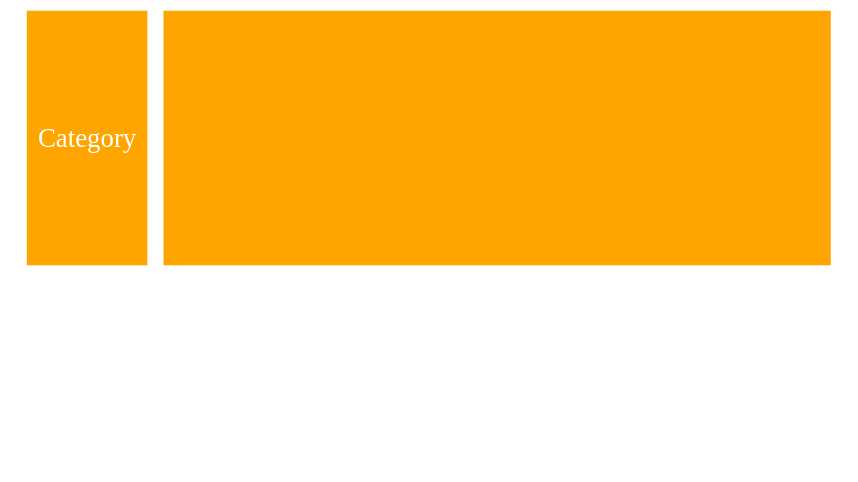
Repository: Huy48552/Grid-base
Page: layout2.html
An editor plug-in stored every save of this project. The page is shown before and after the next save, followed by the edit.
The browser window is 1280 px wide. The pictures show the whole page, at 67% of full size.

Above is the page before, as saved 2021-08-23 15:11:25.

### layout2.html
<!DOCTYPE html>
<html lang="en">
<head>
    <meta charset="UTF-8">
    <meta http-equiv="X-UA-Compatible" content="IE=edge">
    <meta name="viewport" content="width=device-width, initial-scale=1.0">
    <link rel="stylesheet" href="./base.css">
    <link rel="stylesheet" href="style.css">
    <title>Document</title>
</head>
<body>
    <div class="grid wide">
        <div class="row">
            <div class="col l-2">
                <div class="item">Category</div>
            </div>

            <div class="col l-10">
                <div class="item">
                    <!-- <div class="col l-2-4">
                        <div class="item">Item1</div>
                        <div class="item">Item2</div>
                        <div class="item">Item3</div>
                        <div class="item">Item4</div>
                        <div class="item">Item5</div>
                    </div> -->
                </div>
            </div>
        </div>
    </div>
</body>
</html>

### base.css
.grid {
    width: 100%;
    display: block;
    padding: 0;
}

.grid.wide {
    max-width: 1200px;
    margin: 0 auto;
}

.row {
    display: flex;
    flex-wrap: wrap;
    margin-left: -4px;
    margin-right: -4px;
}

.row.no-gutters {
    margin-left: 0;
    margin-right: 0;
}

.col {
    padding-left: 4px;
    padding-right: 4px;
}

.row.no-gutters .col {
    padding-left: 0;
    padding-right: 0;
}

.c-0 {
    display: none;
}

.c-1 {
    flex: 0 0 8.33333%;
    max-width: 8.33333%;
}

.c-2 {
    flex: 0 0 16.66667%;
    max-width: 16.66667%;
}

.c-3 {
    flex: 0 0 25%;
    max-width: 25%;
}

.c-4 {
    flex: 0 0 33.33333%;
    max-width: 33.33333%;
}

.c-5 {
    flex: 0 0 41.66667%;
    max-width: 41.66667%;
}

.c-6 {
    flex: 0 0 50%;
    max-width: 50%;
}

.c-7 {
    flex: 0 0 58.33333%;
    max-width: 58.33333%;
}

.c-8 {
    flex: 0 0 66.66667%;
    max-width: 66.66667%;
}

.c-9 {
    flex: 0 0 75%;
    max-width: 75%;
}

.c-10 {
    flex: 0 0 83.33333%;
    max-width: 83.33333%;
}

.c-11 {
    flex: 0 0 91.66667%;
    max-width: 91.66667%;
}

.c-12 {
    flex: 0 0 100%;
    max-width: 100%;
}

.c-o-1 {
    margin-left: 8.33333%;
}

.c-o-2 {
    margin-left: 16.66667%;
}

.c-o-3 {
    margin-left: 25%;
}

.c-o-4 {
    margin-left: 33.33333%;
}

.c-o-5 {
    margin-left: 41.66667%;
}

.c-o-6 {
    margin-left: 50%;
}

.c-o-7 {
    margin-left: 58.33333%;
}

.c-o-8 {
    margin-left: 66.66667%;
}

.c-o-9 {
    margin-left: 75%;
}

.c-o-10 {
    margin-left: 83.33333%;
}

.c-o-11 {
    margin-left: 91.66667%;
}

/* >= Tablet */
@media (min-width: 740px) {
    .row {
        margin-left: -8px;
        margin-right: -8px;
    }

    .col {
        padding-left: 8px;
        padding-right: 8px;
    }

    .m-0 {
        display: none;
    }

    .m-1,
    .m-2,
    .m-3,
    .m-4,
    .m-5,
    .m-6,
    .m-7,
    .m-8,
    .m-9,
    .m-10,
    .m-11,
    .m-12 {
        display: block;
    }

    .m-1 {
        flex: 0 0 8.33333%;
        max-width: 8.33333%;
    }

    .m-2 {
        flex: 0 0 16.66667%;
        max-width: 16.66667%;
    }

    .m-3 {
        flex: 0 0 25%;
        max-width: 25%;
    }

    .m-4 {
        flex: 0 0 33.33333%;
        max-width: 33.33333%;
    }

    .m-5 {
        flex: 0 0 41.66667%;
        max-width: 41.66667%;
    }

    .m-6 {
        flex: 0 0 50%;
        max-width: 50%;
    }

    .m-7 {
        flex: 0 0 58.33333%;
        max-width: 58.33333%;
    }

    .m-8 {
        flex: 0 0 66.66667%;
        max-width: 66.66667%;
    }

    .m-9 {
        flex: 0 0 75%;
        max-width: 75%;
    }

    .m-10 {
        flex: 0 0 83.33333%;
        max-width: 83.33333%;
    }

    .m-11 {
        flex: 0 0 91.66667%;
        max-width: 91.66667%;
    }

    .m-12 {
        flex: 0 0 100%;
        max-width: 100%;
    }

    .m-o-1 {
        margin-left: 8.33333%;
    }

    .m-o-2 {
        margin-left: 16.66667%;
    }

    .m-o-3 {
        margin-left: 25%;
    }

    .m-o-4 {
        margin-left: 33.33333%;
    }

    .m-o-5 {
        margin-left: 41.66667%;
    }

    .m-o-6 {
        margin-left: 50%;
    }

    .m-o-7 {
        margin-left: 58.33333%;
    }

    .m-o-8 {
        margin-left: 66.66667%;
    }

    .m-o-9 {
        margin-left: 75%;
    }

    .m-o-10 {
        margin-left: 83.33333%;
    }

    .m-o-11 {
        margin-left: 91.66667%;
    }
}

/* PC medium resolution > */
@media (min-width: 1113px) {
    .row {
        margin-left: -12px;
        margin-right: -12px;
    }

    .row.sm-gutter {
        margin-left: -5px;
        margin-right: -5px;
    }

    .col {
        padding-left: 12px;
        padding-right: 12px;
    }

    .row.sm-gutter .col {
        padding-left: 5px;
        padding-right: 5px;
    }

    .l-0 {
        display: none;
    }

    .l-1,
    .l-2,
    .l-2-4,
    .l-3,
    .l-4,
    .l-5,
    .l-6,
    .l-7,
    .l-8,
    .l-9,
    .l-10,
    .l-11,
    .l-12 {
        display: block;
    }

    .l-1 {
        flex: 0 0 8.33333%;
        max-width: 8.33333%;
    }

    .l-2 {
        flex: 0 0 16.66667%;
        max-width: 16.66667%;
    }

    .l-2-4 {
        flex: 0 0 20%;
        max-width: 20%;
    }

    .l-3 {
        flex: 0 0 25%;
        max-width: 25%;
    }

    .l-4 {
        flex: 0 0 33.33333%;
        max-width: 33.33333%;
    }

    .l-5 {
        flex: 0 0 41.66667%;
        max-width: 41.66667%;
    }

    .l-6 {
        flex: 0 0 50%;
        max-width: 50%;
    }

    .l-7 {
        flex: 0 0 58.33333%;
        max-width: 58.33333%;
    }

    .l-8 {
        flex: 0 0 66.66667%;
        max-width: 66.66667%;
    }

    .l-9 {
        flex: 0 0 75%;
        max-width: 75%;
    }

    .l-10 {
        flex: 0 0 83.33333%;
        max-width: 83.33333%;
    }

    .l-11 {
        flex: 0 0 91.66667%;
        max-width: 91.66667%;
    }

    .l-12 {
        flex: 0 0 100%;
        max-width: 100%;
    }

    .l-o-1 {
        margin-left: 8.33333%;
    }

    .l-o-2 {
        margin-left: 16.66667%;
    }

    .l-o-3 {
        margin-left: 25%;
    }

    .l-o-4 {
        margin-left: 33.33333%;
    }

    .l-o-5 {
        margin-left: 41.66667%;
    }

    .l-o-6 {
        margin-left: 50%;
    }

    .l-o-7 {
        margin-left: 58.33333%;
    }

    .l-o-8 {
        margin-left: 66.66667%;
    }

    .l-o-9 {
        margin-left: 75%;
    }

    .l-o-10 {
        margin-left: 83.33333%;
    }

    .l-o-11 {
        margin-left: 91.66667%;
    }
}

/* Tablet - PC low resolution */
@media (min-width: 740px) and (max-width: 1023px) {
    .wide {
        width: 644px;
    }
}

/* > PC low resolution */
@media (min-width: 1024px) and (max-width: 1239px) {
    .wide {
        width: 984px;
    }

    .wide .row {
        margin-left: -12px;
        margin-right: -12px;
    }

    .wide .row.sm-gutter {
        margin-left: -5px;
        margin-right: -5px;
    }

    .wide .col {
        padding-left: 12px;
        padding-right: 12px;
    }

    .wide .row.sm-gutter .col {
        padding-left: 5px;
        padding-right: 5px;
    }

    .wide .l-0 {
        display: none;
    }

    .wide .l-1,
    .wide .l-2,
    .wide .l-2-4,
    .wide .l-3,
    .wide .l-4,
    .wide .l-5,
    .wide .l-6,
    .wide .l-7,
    .wide .l-8,
    .wide .l-9,
    .wide .l-10,
    .wide .l-11,
    .wide .l-12 {
        display: block;
    }

    .wide .l-1 {
        flex: 0 0 8.33333%;
        max-width: 8.33333%;
    }

    .wide .l-2 {
        flex: 0 0 16.66667%;
        max-width: 16.66667%;
    }

    .wide .l-2-4 {
        flex: 0 0 20%;
        max-width: 20%;
    }

    .wide .l-3 {
        flex: 0 0 25%;
        max-width: 25%;
    }

    .wide .l-4 {
        flex: 0 0 33.33333%;
        max-width: 33.33333%;
    }

    .wide .l-5 {
        flex: 0 0 41.66667%;
        max-width: 41.66667%;
    }

    .wide .l-6 {
        flex: 0 0 50%;
        max-width: 50%;
    }

    .wide .l-7 {
        flex: 0 0 58.33333%;
        max-width: 58.33333%;
    }

    .wide .l-8 {
        flex: 0 0 66.66667%;
        max-width: 66.66667%;
    }

    .wide .l-9 {
        flex: 0 0 75%;
        max-width: 75%;
    }

    .wide .l-10 {
        flex: 0 0 83.33333%;
        max-width: 83.33333%;
    }

    .wide .l-11 {
        flex: 0 0 91.66667%;
        max-width: 91.66667%;
    }

    .wide .l-12 {
        flex: 0 0 100%;
        max-width: 100%;
    }

    .wide .l-o-1 {
        margin-left: 8.33333%;
    }

    .wide .l-o-2 {
        margin-left: 16.66667%;
    }

    .wide .l-o-3 {
        margin-left: 25%;
    }

    .wide .l-o-4 {
        margin-left: 33.33333%;
    }

    .wide .l-o-5 {
        margin-left: 41.66667%;
    }

    .wide .l-o-6 {
        margin-left: 50%;
    }

    .wide .l-o-7 {
        margin-left: 58.33333%;
    }

    .wide .l-o-8 {
        margin-left: 66.66667%;
    }

    .wide .l-o-9 {
        margin-left: 75%;
    }

    .wide .l-o-10 {
        margin-left: 83.33333%;
    }

    .wide .l-o-11 {
        margin-left: 91.66667%;
    }
}

### style.css
* {
    padding: 0;
    margin: 0;
    box-sizing: border-box;
}

.item {
    margin-top: 16px;
    font-size: 40px;
    color: #fff;
    text-align: center;
    min-height: 380px;
    line-height: 380px;
    background-color: orange;
}

After the next save:
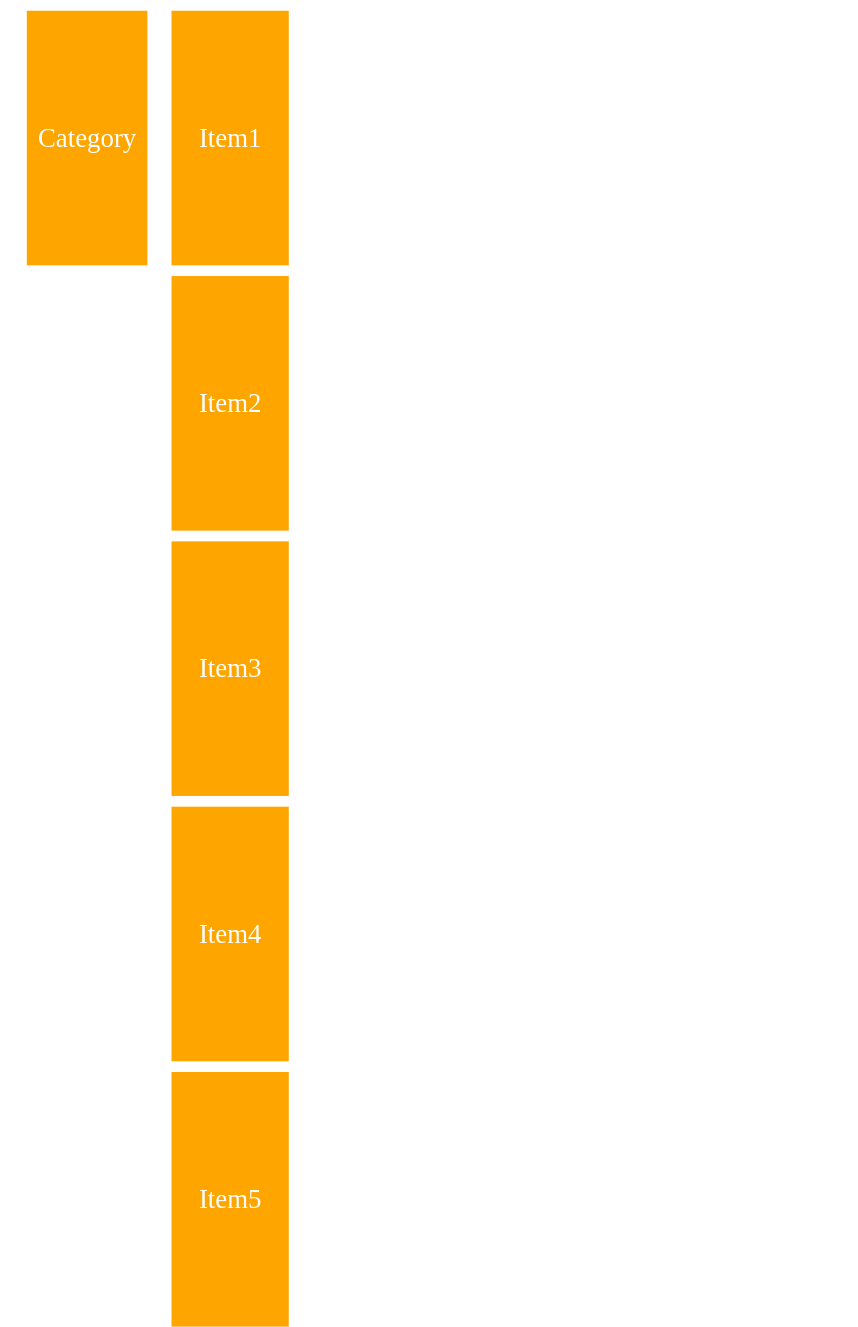
Saved 2 min 31 s later.
--- a/layout2.html
+++ b/layout2.html
@@ -16,14 +16,14 @@
             </div>
 
             <div class="col l-10">
-                <div class="item">
-                    <!-- <div class="col l-2-4">
+                <div class="content">
+                    <div class="col l-2-4">
                         <div class="item">Item1</div>
                         <div class="item">Item2</div>
                         <div class="item">Item3</div>
                         <div class="item">Item4</div>
                         <div class="item">Item5</div>
-                    </div> -->
+                    </div>
                 </div>
             </div>
         </div>
